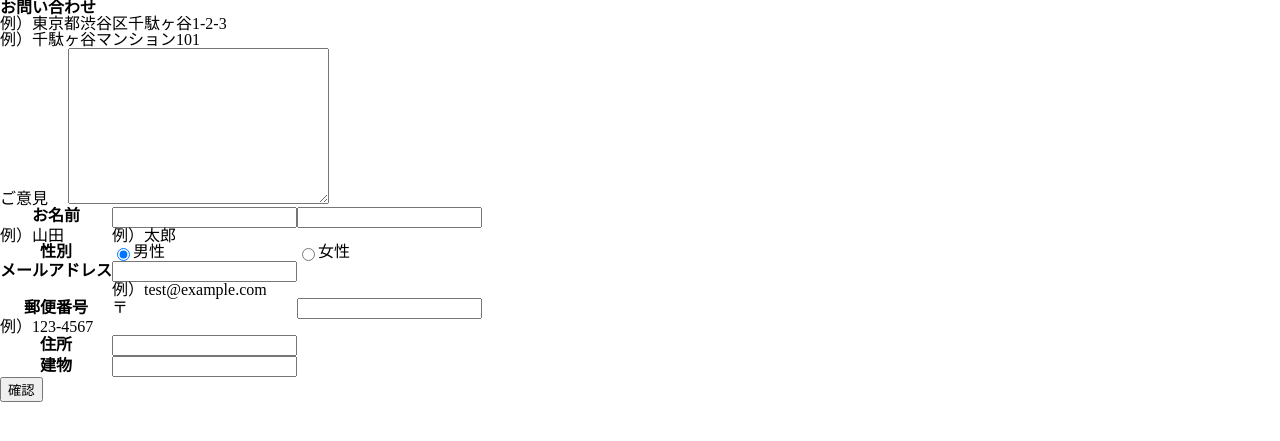
Repository: 1000sky/20220728majima
Page: http://localhost/contact
The author's editor kept a copy of each file at every save. The page is drawn from the files as they stood at one save, then again after the next save.
The browser window is 1280 px wide. The pictures show the whole page.
The page is served by the project's Laravel application, run on PHP 8.4 with Laravel 8. Other server files are loaded and not shown. Queries for data that is not in the repository find no rows.

Above is the page before, as saved 2022-07-28 00:04:26.

### advance-test/routes/web.php
<?php

use Illuminate\Support\Facades\Route;
use App\Http\Controllers\ContactController;

/*
|--------------------------------------------------------------------------
| Web Routes
|--------------------------------------------------------------------------
|
| Here is where you can register web routes for your application. These
| routes are loaded by the RouteServiceProvider within a group which
| contains the "web" middleware group. Now create something great!
|
*/

/*Route::get('/', function () {
    return view('welcome');
});*/

Route::get('/', [ContactController::class, 'index']);
Route::post('/', [ContactController::class, 'post']);

Route::get('/contact', [ContactController::class, 'contact']);
Route::post('/create', [ContactController::class, 'create']);


Route::get('/confirmation',[ContactController::class, 'confirmation']);

Route::get('/management', [ContactController::class, 'page']);

### advance-test/app/Http/Controllers/ContactController.php
<?php

namespace App\Http\Controllers;

use Illuminate\Http\Request;
use App\Http\Requests\ClientRequest;
use App\Models\Contact;

class ContactController extends Controller
{
    public function index(Request $request)
    {
        return view('contact');
    }

    public function post(ClientRequest $request)
    {
        return view('contact');
    }

    public function contact()
    {
        $items = Contact::all();
        return view('contact', ['items' => $items]);
    }

    public function create(Request $request)
    {
        $this->validate($request, Contact::$rules);
        $form = $request->all();
        Contact::create($form);
        return redirect('/create');
    }


    //confirmation
    public function confirmation()
    {
        $items = Contact::all();
        return view('confirmation', ['items' => $items]);
    }

    //management
    public function management()
    {
        $items = Contact::all();
        return view('management', ['items' => $items]);
    }
    public function search(Request $request)
    {
        $item = Contact::where('name','gender','created_at','LIKE BINARY',"%{$request->input}%")->get();
        $param = [
            'input' => $request->input,
            'item' => $item
        ];
        return view('management', $param);
    }

    public function page()
    {
        $items = Contact::Paginate(10);
        return view('management', ['items' => $items]);
    }

}

### advance-test/app/Models/Contact.php
<?php

namespace App\Models;

use Illuminate\Database\Eloquent\Factories\HasFactory;
use Illuminate\Database\Eloquent\Model;

class Contact extends Model
{
    use HasFactory;

    protected $fillable = ['fullname', 'gender', 'email','postcode','address','building_name','opinion'];

    public static $rules = array(
        'fullname' => 'required',
        'gender' => 'required',
        'email' => 'required|email',
        'postcode' => 'required|max:8|/^[a-zA-Z0-9\-]+$/u',
        'address' => 'required|regex:/^[a-zA-Z0-9]+$/',
        'building-name' => 'regex:/^[a-zA-Z0-9]+$/',
        'opinion' => 'required|max:120',
    );
}

### advance-test/resources/views/contact.blade.php
<!DOCTYPE html>
<html lang="ja">
<head>
    <meta charset="UTF-8">
    <meta name="viewport" content="width=device-width, initial-scale=1.0">
    <meta http-equiv="X-UA-Compatible" content="ie=edge">
    <title>Advance-Test</title>
    <link rel="stylesheet" href="css/reset.css" />
    <link rel="stylesheet" href="css/contact.css" />
</head>
<body>
    <h1>お問い合わせ</h1>

    @if (count($errors) > 0)
    <ul>
      @foreach ($errors->all() as $error)
        <li>{{$error}}</li>
      @endforeach
    </ul>
    @endif

    <form action="/create" method="POST">

      <table>
        @csrf
        <tr>
           <th><label>お名前</label></th>

           <td><input type="text" name="fullname"></td><td><input type="text" name="fullname"></td>
        </tr>
        <tr>
           <td><p>例）山田</p></td> <td><p>例）太郎</p></td>
        </tr>

        @if ($errors->has('fullname'))
        <tr>
          <th>ERROR</th>
          <td>
            {{$errors->first('fullname')}}
          </td>
        </tr>
        @endif

        <tr>
        <th><label>性別 </label></th>
        <td><input type="radio" name="gender" checked="checked"><label for="">男性</label></td>
        <td><input type="radio" name="gender"><label for="">女性</label></td>
        </tr>

        @if ($errors->has('gender'))
        <tr>
          <th>ERROR</th>
          <td>
            {{$errors->first('gender')}}
          </td>
        </tr>
        @endif

        <tr>
          <th><label for="">メールアドレス</label></th>
          <td><input type="text"><P>例）test@example.com</P></th>
        </tr>

        @if ($errors->has('email'))
        <tr>
          <th>ERROR</th>
          <td>
            {{$errors->first('email')}}
          </td>
        </tr>
        @endif

        <tr>
          <th><label for="">郵便番号</label></th>
          <td><div>〒</div></td><td><input type="text"></td>
        </tr>
        <tr>
          <td><p>例）123-4567</p></td>
        </tr>


        <tr>
           <th><label for="">住所</label></th>
           <td><input type="text" style="ime-mode:disabled;"></td>
        </tr>
        <tr>
           <p>例）東京都渋谷区千駄ヶ谷1-2-3</p>
        </tr>

        <tr>
         <th><label for="">建物</label></th>
         <td><input type="text"></td>
        </tr>

        <tr>
         <p>例）千駄ヶ谷マンション101</p>
        </tr>
        <tr>
        <label for="">
            ご意見　 <textarea name="opinion" cols="30" rows="10"></textarea>
        </label>
        </tr>
      </table>


        <button type="submit">確認</button>
 {{--       <!--同じページでリンク先が開く-->
<input type="button" value="リンク" onClick="location.href='http://google.com'">

 <!--新しいタブでリンク先が開く-->
<input type="button" value="リンク" onClick="window.open('http://google.com')">
--}}


{{-- <FORM>
    テキストボックス
    <input type="text" value="" onInput="checkForm(this)">

    テキストエリア
    <textarea rows="2" onInput="checkForm(this)"></textarea>
    </FORM>

    <script type="text/javascript">
    <!--
    function checkForm($this)
    {
        var str=$this.value;
        while(str.match(/[^A-Z^a-z\d\-]/))
        {
            str=str.replace(/[^A-Z^a-z\d\-]/,"");
        }
        $this.value=str;
    }
    //-->
    </script>

    --}}

    </form>


</body>
</html>

Loaded but not shown: advance-test/app/Http/Controllers/Controller.php (common file); advance-test/public/css/reset.css (common file)

After the next save:
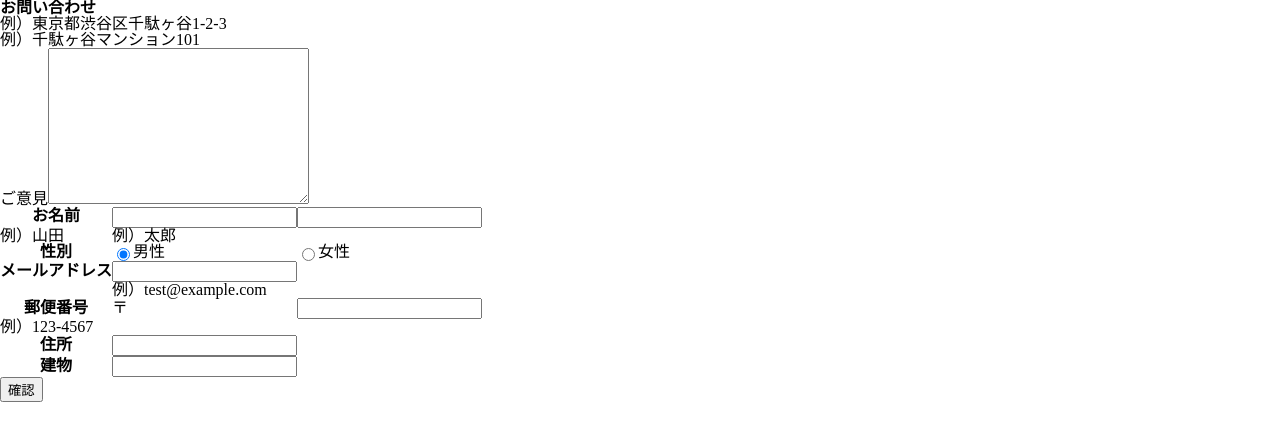
Saved 36 s later.
--- a/advance-test/resources/views/contact.blade.php
+++ b/advance-test/resources/views/contact.blade.php
@@ -95,9 +95,9 @@
         <tr>
          <p>例）千駄ヶ谷マンション101</p>
         </tr>
-        <tr>
-        <label for="">
-            ご意見　 <textarea name="opinion" cols="30" rows="10"></textarea>
+
+        <tr><label for="">ご意見</tr>
+           <textarea name="opinion" cols="30" rows="10"></textarea>
         </label>
         </tr>
       </table>
